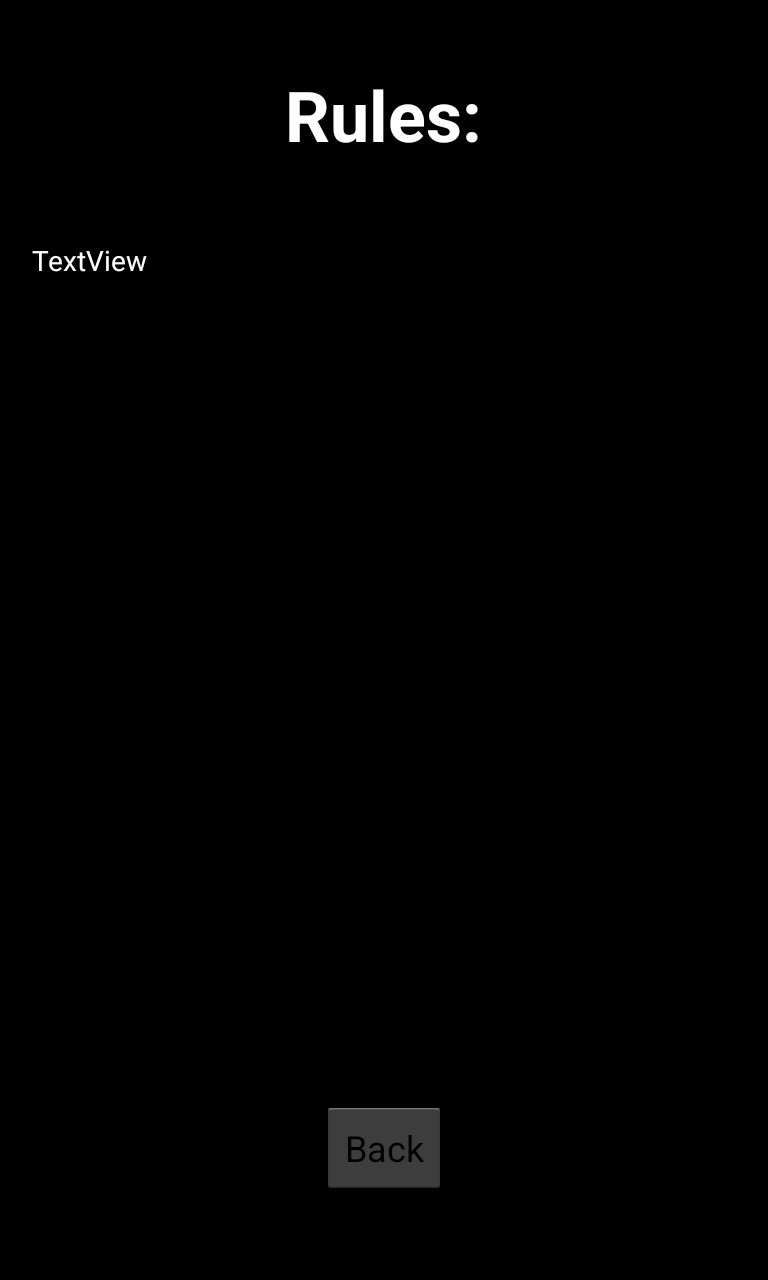
Repository: amittttt/Android-HP
Layout: Gameassgnmnt/res/layout/activity_rules.xml
These files come from the project's save history. The layout is drawn as it stood at one moment and after the next save; the edit follows.
It is drawn on a 768 x 1280 px phone screen (xhdpi) without system bars, with theme AppTheme; the app's code is not run.

Above is the layout before, as saved 2016-05-13 18:56:27.

After the next save:
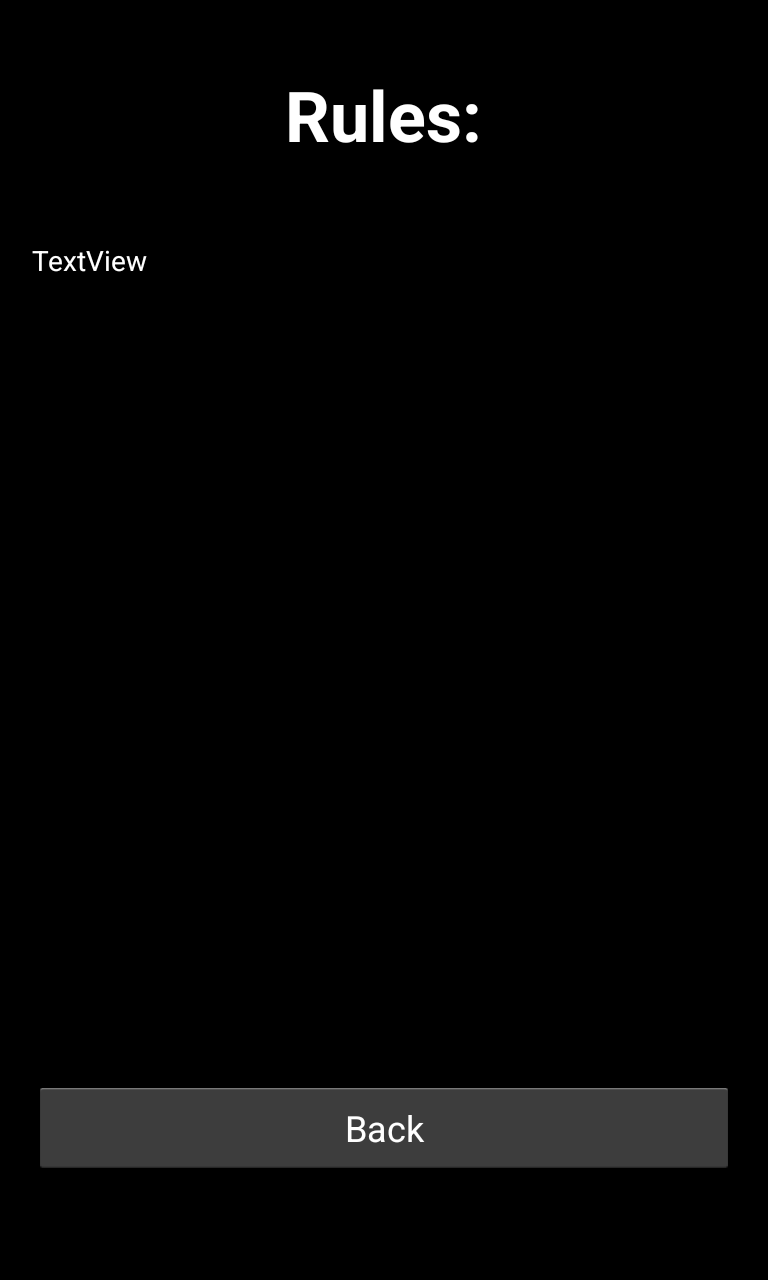
Saved 41 s later.
--- a/Gameassgnmnt/res/layout/activity_rules.xml
+++ b/Gameassgnmnt/res/layout/activity_rules.xml
@@ -8,16 +8,6 @@
     android:paddingTop="@dimen/activity_vertical_margin"
     android:background="#000000"
     tools:context=".Rules" >
-
-    <Button
-        android:id="@+id/button1"
-        android:layout_width="wrap_content"
-        android:layout_height="wrap_content"
-        android:layout_alignParentBottom="true"
-        android:layout_centerHorizontal="true"
-        android:layout_marginBottom="26dp"
-        android:onClick="back"
-        android:text="Back" />
 
     <TextView
         android:id="@+id/textView1"
@@ -42,4 +32,16 @@
         android:layout_marginTop="40dp"
         android:text="TextView" />
 
+    <Button
+        android:id="@+id/button1"
+        android:layout_width="wrap_content"
+        android:layout_height="wrap_content"
+        android:layout_alignLeft="@+id/textView2"
+        android:layout_alignParentBottom="true"
+        android:layout_alignParentRight="true"
+        android:layout_marginBottom="36dp"
+        android:onClick="back"
+        android:textColor="#FFFFFF"
+        android:text="Back" />
+
 </RelativeLayout>
